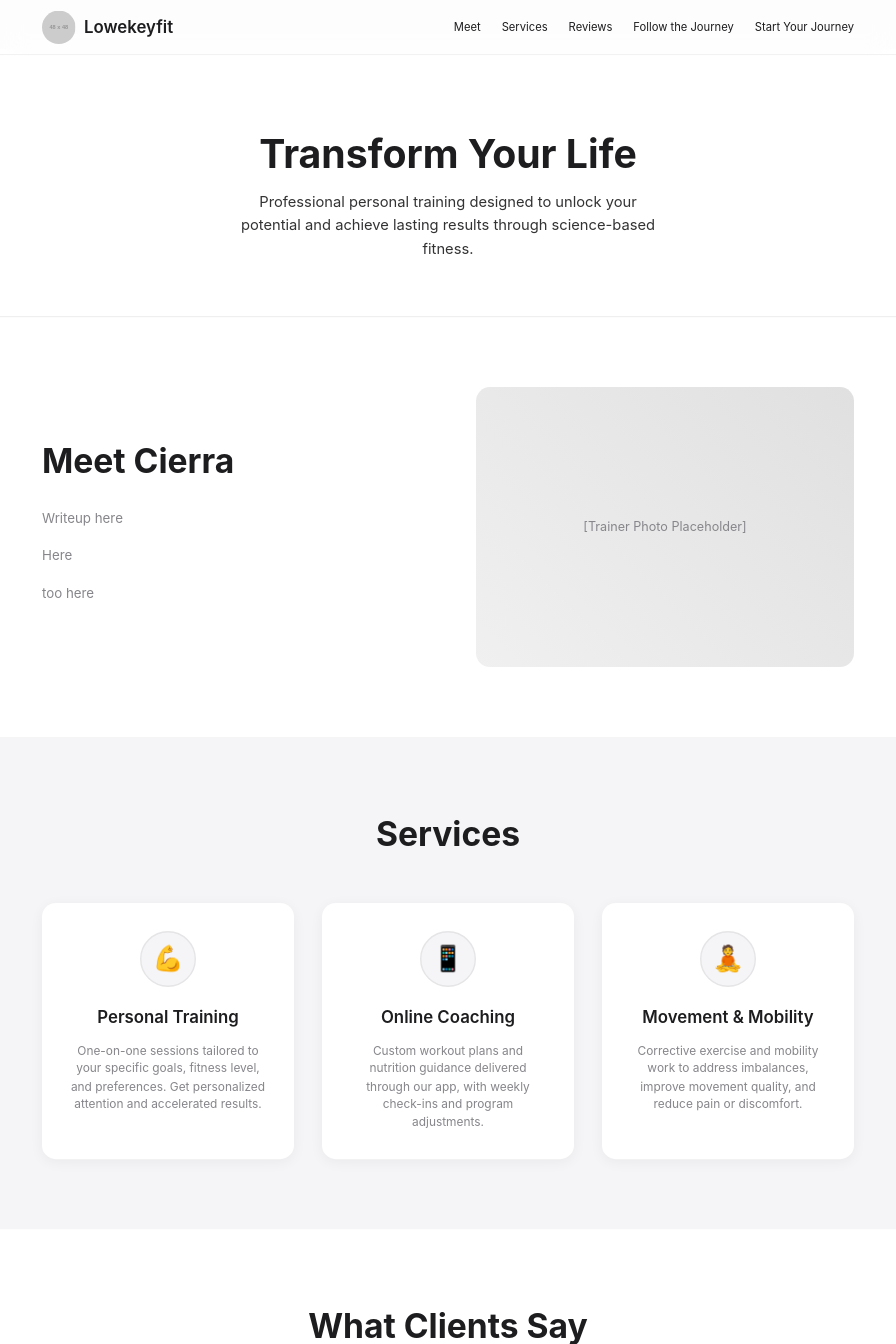
Repository: Hinuix/Ear-Website
Page: index.html
An editor plug-in stored every save of this project. The page is shown before and after the next save, followed by the edit.
The browser window is 1280 px wide. The pictures show the part of the page from y = 0 to 1920 px (the page is 4134 px tall), at 70% of full size.

Above is the page before, as saved 2025-08-10 12:17:35.
Console error: TypeError: Cannot read properties of null (reading 'appendChild')

After the next save:
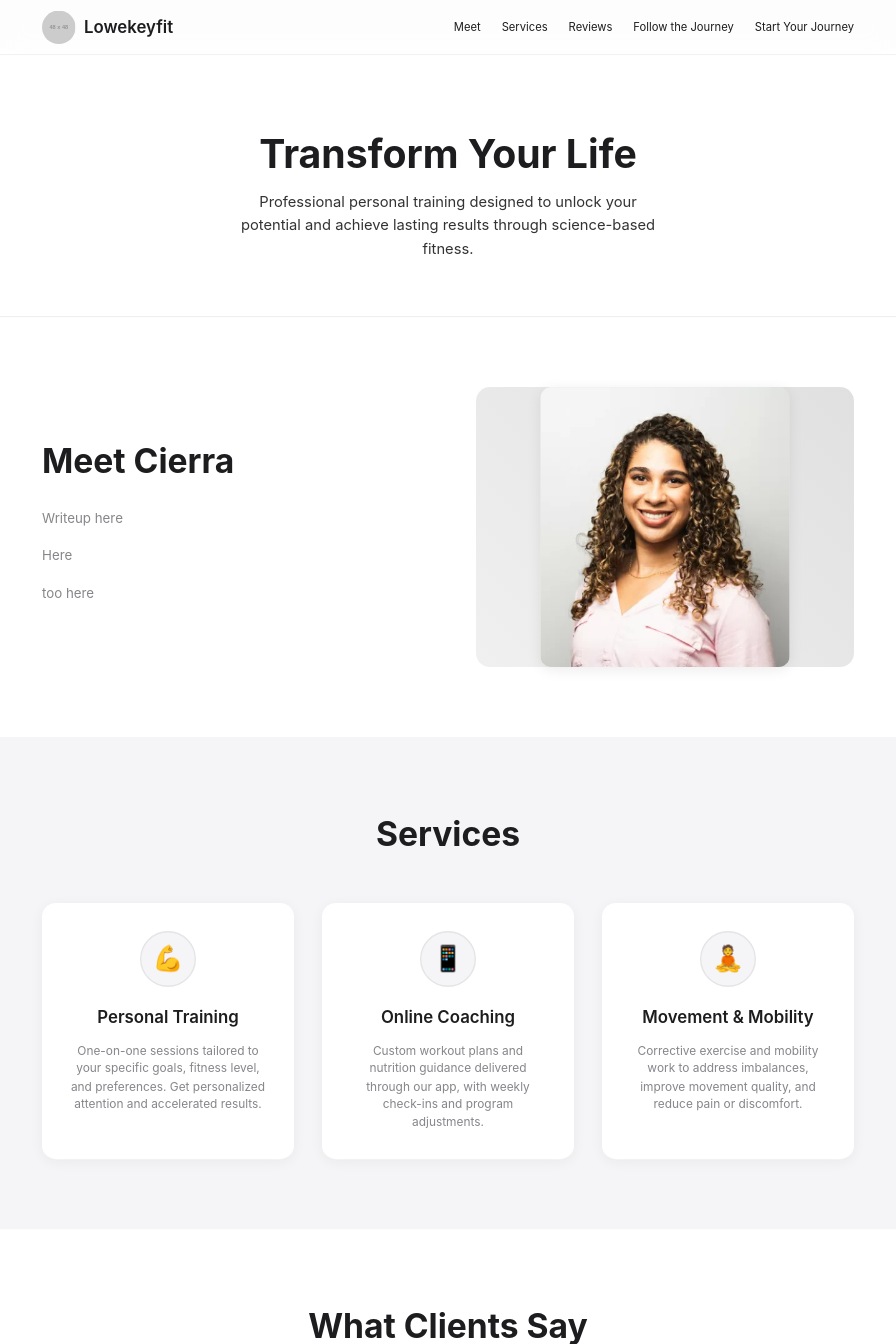
Saved 10 min 50 s later.
--- a/index.html
+++ b/index.html
@@ -503,7 +503,7 @@
                     <p>too here</p>
                 </div>
                 <div class="about-image">
-                    [Trainer Photo Placeholder]
+                    <img src="Cierra.jpeg" alt="Cierra - Trainer" style="max-width:100%;max-height:100%;border-radius:16px;object-fit:cover;box-shadow:0 4px 20px rgba(0,0,0,0.08);">
                 </div>
             </div>
         </div>
